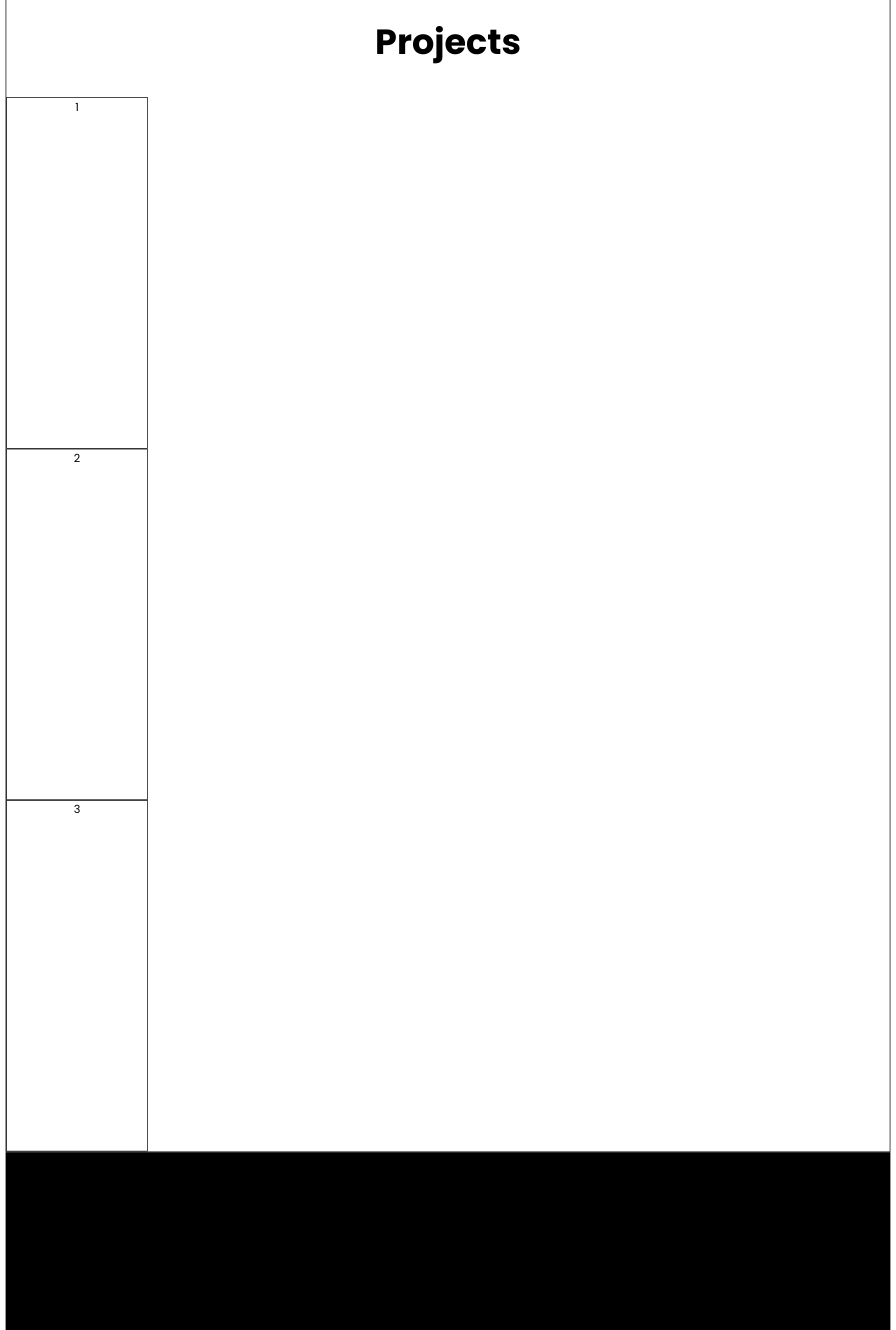
Repository: Jcparks84/Portfolio
Page: index.html
These files come from the project's save history. The page is drawn as it stood at one moment and after a run of saves; the edit follows.
The browser window is 1280 px wide. The pictures show the part of the page from y = 1160 to 3060 px (the page is 3314 px tall before and 3474 px after), at 70% of full size.
A picture or video elsewhere on the page could not be fetched, so the positions and the page height are approximate.

Above is the page before, as saved 2022-08-10 16:15:44.

### index.html
<!DOCTYPE html>
<html>
    <head>
        <link rel="stylesheet" href="src/styles.css"/>
        <link rel="preconnect" href="https://fonts.googleapis.com">
        <link rel="preconnect" href="https://fonts.gstatic.com" crossorigin>
        <link href="https://fonts.googleapis.com/css2?family=Poppins:wght@300;400;600;700;800&display=swap" rel="stylesheet">
        <title>Portfolio</title>
        <meta charset="UTF-8" />
    </head>
    <body>
        <section class="hero">
            <nav>
                <img class="logo" src="src/images/coding-png-11.png" alt="John's Logo"/>
                <ul>
                    <li>About Me</li>
                    <li>Projects</li>
                    <li>Contact Me</li>
                </ul>
            </nav>
            <div class="hero-area">
                <div class="hero-text">
                <h1>John Parks</h1>
                <p>Full Stack Developer</p>
                <div class="button">About me</div>
            </div>
            <div class="socials">
                <!-- lnkedin -->
                <a href="https://www.linkedin.com/in/jcparks84/" class="social">
                    <svg xmlns="http://www.w3.org/2000/svg" fill="#ffffff" width="50" height="50" viewBox="0 0 24 24"><path d="M19 0h-14c-2.761 0-5 2.239-5 5v14c0 2.761 2.239 5 5 5h14c2.762 0 5-2.239 5-5v-14c0-2.761-2.238-5-5-5zm-11 19h-3v-11h3v11zm-1.5-12.268c-.966 0-1.75-.79-1.75-1.764s.784-1.764 1.75-1.764 1.75.79 1.75 1.764-.783 1.764-1.75 1.764zm13.5 12.268h-3v-5.604c0-3.368-4-3.113-4 0v5.604h-3v-11h3v1.765c1.396-2.586 7-2.777 7 2.476v6.759z"/></svg>
                </a>
                <!-- Github -->
                <a href="https://github.com/Jcparks84" class="social">
                    <svg xmlns="http://www.w3.org/2000/svg" fill="#ffffff" width="50" height="50" viewBox="0 0 24 24"><path d="M12 0c-6.626 0-12 5.373-12 12 0 5.302 3.438 9.8 8.207 11.387.599.111.793-.261.793-.577v-2.234c-3.338.726-4.033-1.416-4.033-1.416-.546-1.387-1.333-1.756-1.333-1.756-1.089-.745.083-.729.083-.729 1.205.084 1.839 1.237 1.839 1.237 1.07 1.834 2.807 1.304 3.492.997.107-.775.418-1.305.762-1.604-2.665-.305-5.467-1.334-5.467-5.931 0-1.311.469-2.381 1.236-3.221-.124-.303-.535-1.524.117-3.176 0 0 1.008-.322 3.301 1.23.957-.266 1.983-.399 3.003-.404 1.02.005 2.047.138 3.006.404 2.291-1.552 3.297-1.23 3.297-1.23.653 1.653.242 2.874.118 3.176.77.84 1.235 1.911 1.235 3.221 0 4.609-2.807 5.624-5.479 5.921.43.372.823 1.102.823 2.222v3.293c0 .319.192.694.801.576 4.765-1.589 8.199-6.086 8.199-11.386 0-6.627-5.373-12-12-12z"/></svg>
                </a>
            </div>
        </div>
        </section>
        <section class="sub-section">
            <div class="info">
                <h2>About Me</h2>
                <p>Hello my name is John parks, I am a software developer looking for work!</p>
            </div>
            <div class="headshot-container">
                <img class="headshot" src="/Users/johnparks/Desktop/Screenshot at Jun 02 09-36-04.png" alt="John Parks headshot">
            </div>

        </section>
        <section class="sub-section-alt">
            <h2>Projects</h2>
            <div class="project-container">
                <div class="project-card">1</div>
                <div class="project-card">2</div>
                <div class="project-card">3</div>
            </div>
        </section>
        <footer></footer>

        <script src="src/app.js"></script>
    </body>
</html>

### src/styles.css
body {
    font-family: 'Poppins', sans-serif;

}

section {
    background-color: white;
    border: solid black 1px;
}

.hero {
    background-color: #1c1d25;
    height: 100vh;
    color: white;
    font-size: 40px;
}

footer {
    height: 500px;
    background-color: black;
}

nav {
    display: flex;
    justify-content: space-between;
}

ul {
    display: flex;
    list-style-type: none;
    width: 500px;
    justify-content: space-around;
    font-size: 30px;
}

li {
    text-decoration: none;
}

h1 {
    font-size: 90px;
    margin: 0;
}

h2 {
    font-size: 50px;
}

p {
    margin: 0;
    font-size: 30px;
    font-weight: 300;
}

.hero-area {
    display: flex;
    height: 100%;
    justify-content: space-between;
    align-items: center;
}

.hero-text {
    margin-left: 80px;
    margin-bottom: 200px;
}

.button {
    width: 200px;
    height: 55px;
    border-radius: 30px;
    background-color: coral;
    text-align: center;
    font-size: 30px;
    font-weight: 300;
    padding-top: 5px;
    margin-top: 20px;
}

.button:hover {
    background-color: #ef744b;
}

.button:active {
    background-color: #A9A9A9;
    color: #808080;
}

.socials {
    padding-bottom: 200px;
}

.logo {
    height: 100px;
    margin: 30px;
}

.social {
    margin: 20px
}

.sub-section {
    display: flex;
    justify-content: space-around;
    padding: 80px;
}

.sub-section-alt {
    display: flex;
    flex-direction: column;
    text-align: center;
}

.headshot {
    width: 300px;
    border-radius: 150px;
}

.headshot-container {
    display: flex;
    align-items: center;
}

.project-card {
    width: 200px;
    height: 500px;
    border: 1px solid black;

}

.project-contaier {
    display: flex;
    justify-content: space-around;
}

Loaded but not shown: src/app.js (no stored copy; drawn as an empty file)

After the next 5 saves:
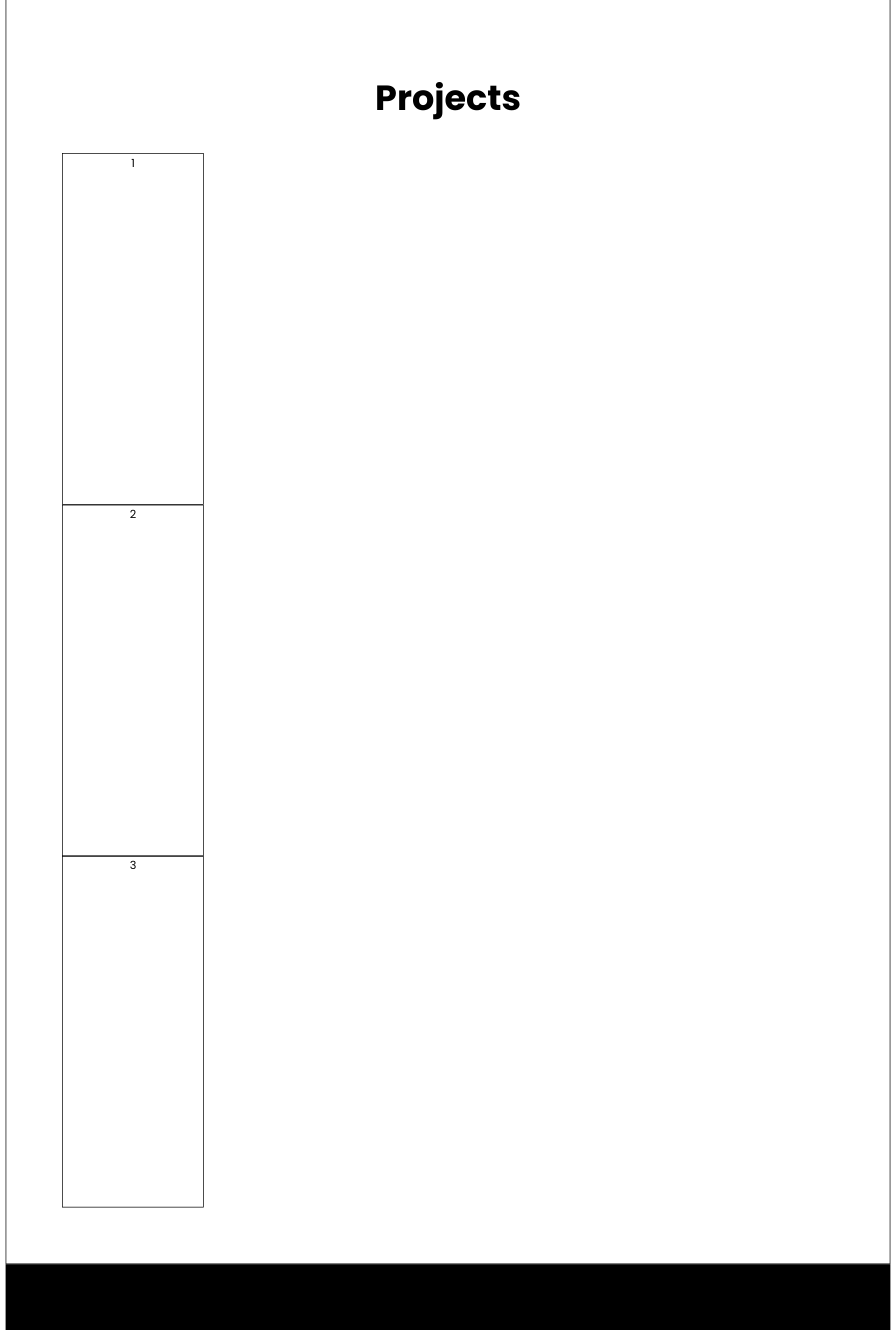
The 5 saves are shown as one change because they came seconds apart.
The last was saved 33 s later.
--- a/src/styles.css
+++ b/src/styles.css
@@ -108,6 +108,7 @@ p {
     display: flex;
     flex-direction: column;
     text-align: center;
+    padding: 80px;
 }
 
 .headshot {

After the save that followed:
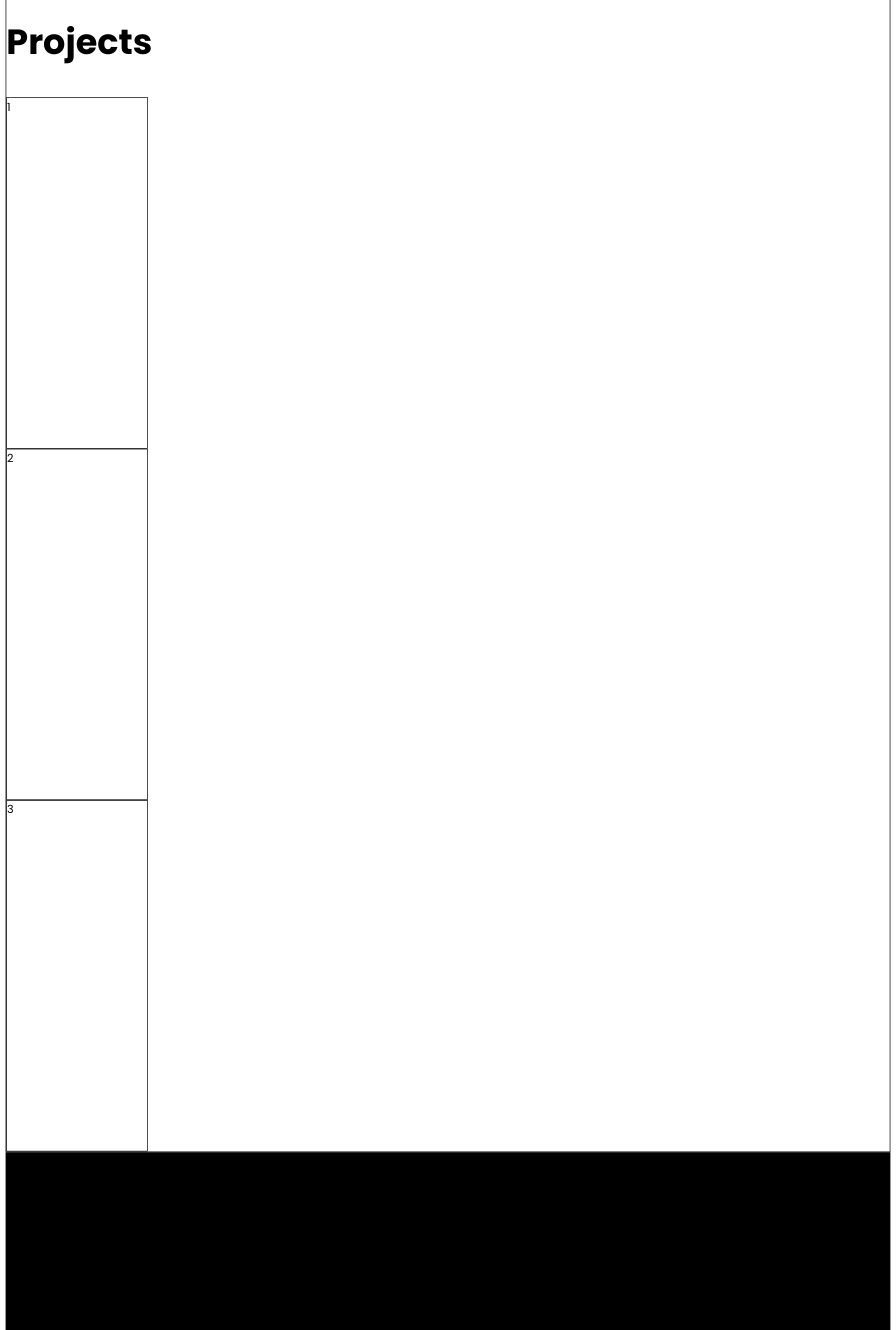
Saved 5 min 3 s later.
--- a/src/styles.css
+++ b/src/styles.css
@@ -104,7 +104,7 @@ p {
     padding: 80px;
 }
 
-.sub-section-alt {
+sub-section-alt {
     display: flex;
     flex-direction: column;
     text-align: center;
